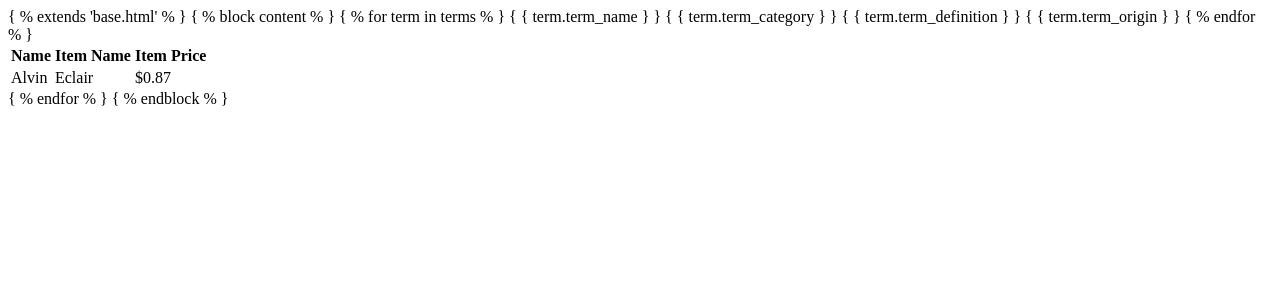
Repository: kalkiboru111/irish-dictionary-of-received-ideas
Page: http://localhost/get_terms
The author's editor kept a record of every edit. The page is drawn from the files as they stood at one moment, then again after the next edit.
The browser window is 1280 px wide. The pictures show the whole page.
The page is served by the project's application, run on Flask 3 (app.py). Queries for data that is not in the repository find no rows.

Above is the page before.

After the next edit:
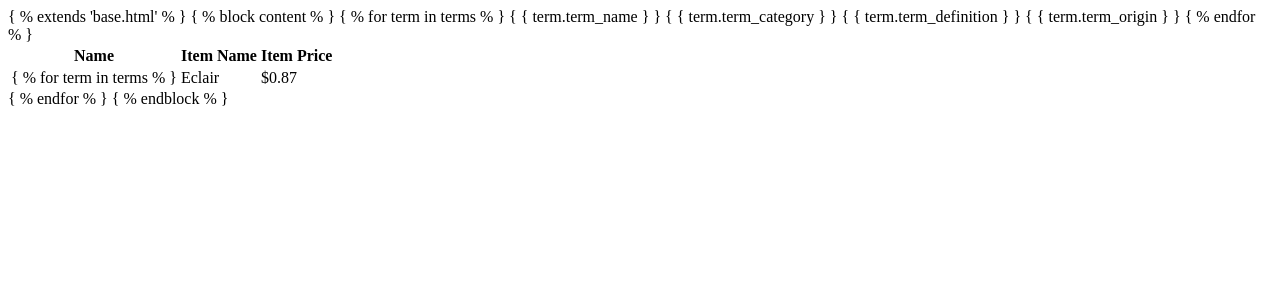
The edit:
--- a/templates/terms.html
+++ b/templates/terms.html
@@ -12,7 +12,9 @@
 
         <tbody>
             <tr>
-                <td>Alvin</td>
+                <td>
+                    { % for term in terms % }
+                </td>
                 <td>Eclair</td>
                 <td>$0.87</td>
             </tr>
